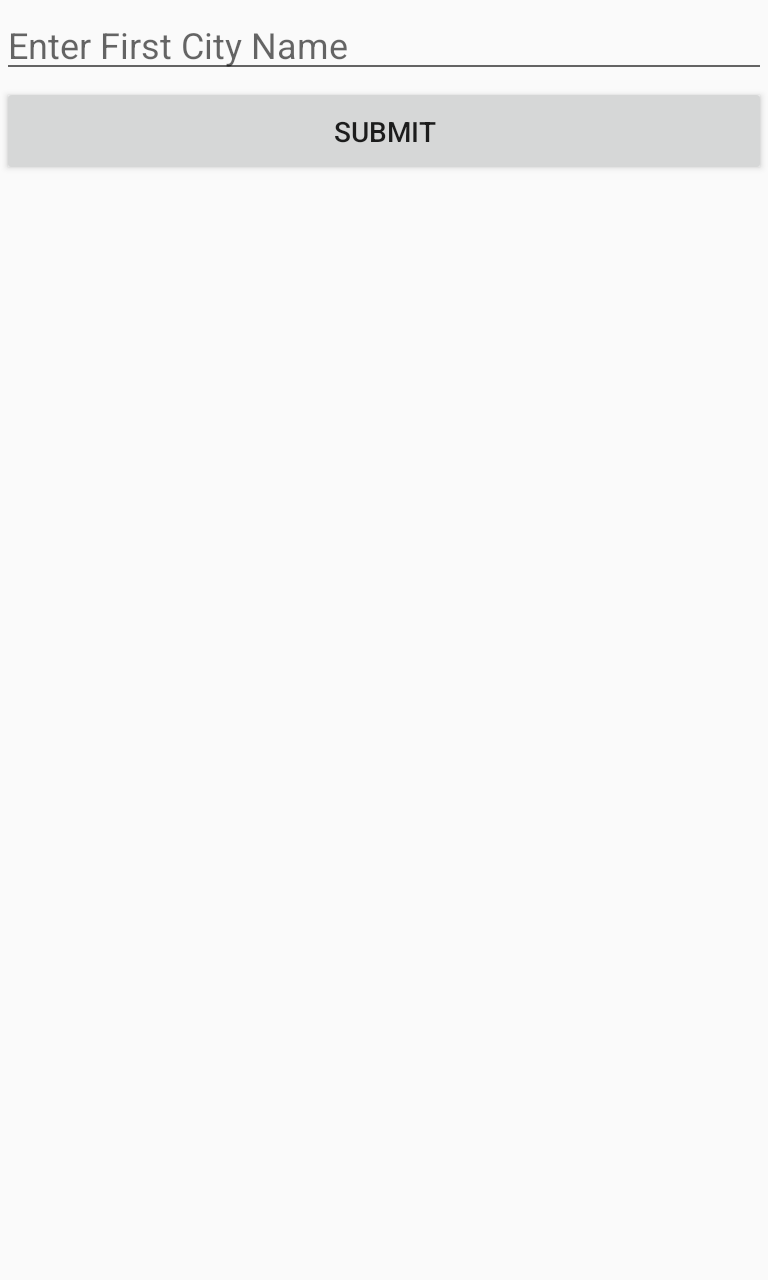
Repository: bhameamit/LeftShiftTask
Layout: LeftShiftTask/LeftShiftTak/res/layout/activity_main.xml
An editor plug-in stored every save of this project. The layout is shown before and after the next save, followed by the edit.
It is drawn on a 768 x 1280 px phone screen (xhdpi) without system bars, with theme AppTheme; the app's code is not run.

Above is the layout before, as saved 2015-02-19 20:38:59.

### LeftShiftTask/LeftShiftTak/res/layout/activity_main.xml
<LinearLayout xmlns:android="http://schemas.android.com/apk/res/android"
    xmlns:tools="http://schemas.android.com/tools"
    android:layout_width="match_parent"
    android:layout_height="match_parent"
    tools:context="com.example.leftshifttak.MainActivity"
    android:orientation="vertical" >

    <EditText
        android:id="@+id/city1"
        android:layout_width="match_parent"
        android:layout_height="wrap_content"
        android:hint="Enter First City Name" />

    <Button
        android:id="@+id/send_city"
        android:layout_width="match_parent"
        android:layout_height="wrap_content"
        android:text="Submit"/>

</LinearLayout>

Loaded but not shown: LeftShiftTask/LeftShiftTak/res/values/styles.xml (common file); LeftShiftTask/LeftShiftTak/res/values-v11/styles.xml (common file); LeftShiftTask/LeftShiftTak/res/values-v14/styles.xml (common file)

After the next save:
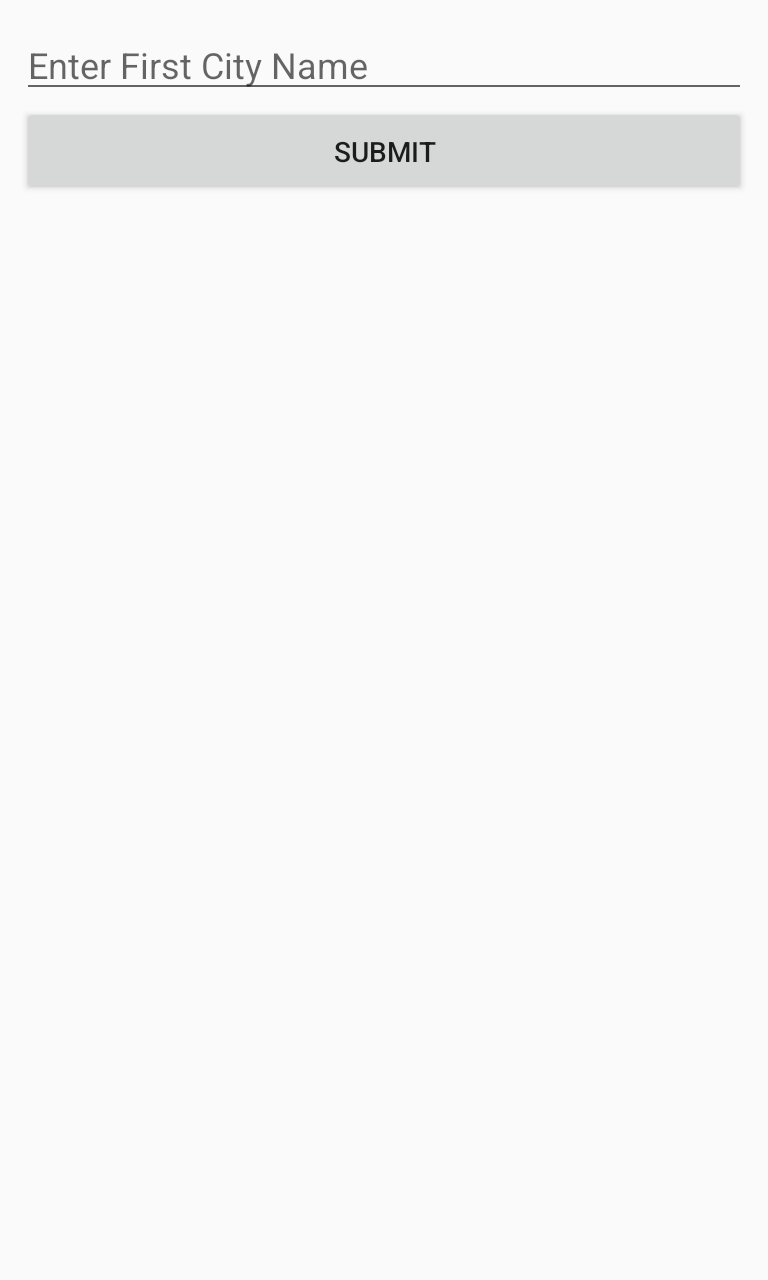
Saved 40 s later.
--- a/LeftShiftTask/LeftShiftTak/res/layout/activity_main.xml
+++ b/LeftShiftTask/LeftShiftTak/res/layout/activity_main.xml
@@ -3,6 +3,7 @@
     android:layout_width="match_parent"
     android:layout_height="match_parent"
     tools:context="com.example.leftshifttak.MainActivity"
+    android:padding="10dp"
     android:orientation="vertical" >
 
     <EditText
